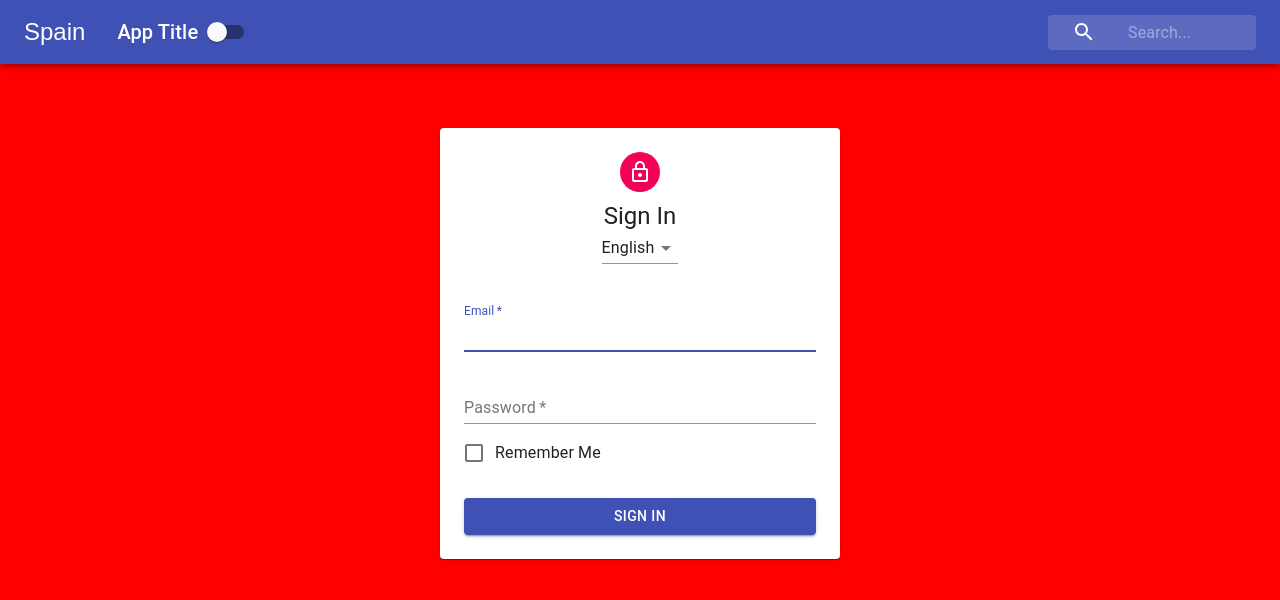
Repository: zhapar/context
Page: /
An editor plug-in stored every save of this project. The page is shown before and after the next save, followed by the edit.
The browser window is 1280 px wide. The pictures show the whole page.
The project was rebuilt for these pictures with package versions that can differ from the ones it lists, and the page was loaded fresh each time.

Above is the page before, as saved 2020-09-29 08:44:20.

After the next save:
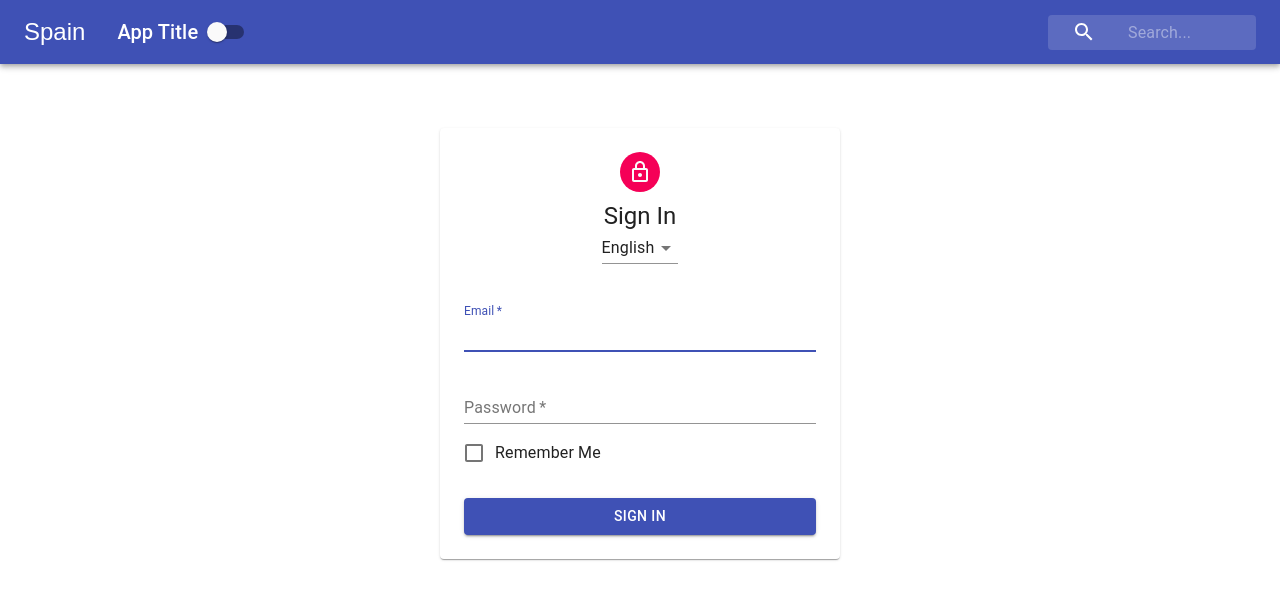
Saved 40 s later.
--- a/src/PageContent.js
+++ b/src/PageContent.js
@@ -3,7 +3,7 @@ import React, { Component } from "react";
 class PageContent extends Component {
   render() {
     const styles = {
-      backgroundColor: "red",
+      backgroundColor: "white",
       height: "100vh",
       width: "100vw",
     };
